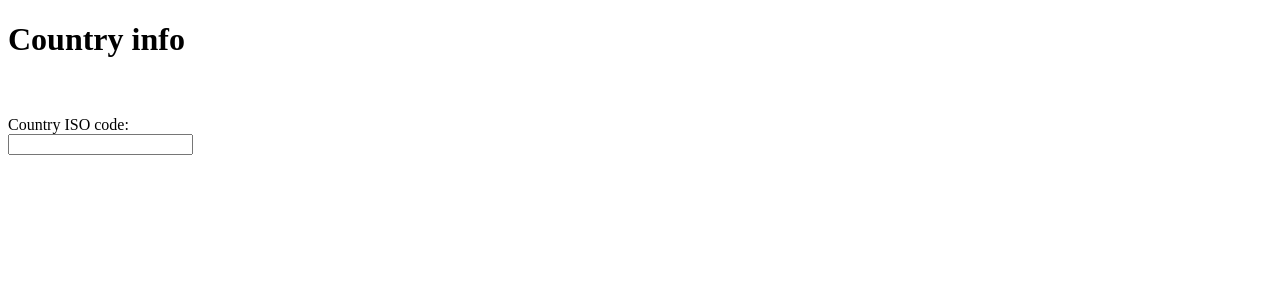
Repository: ObradovicNikola/pmf-rzk-part2
Page: http://localhost/CountryInfoWEB/
An editor plug-in stored every save of this project. The page is shown before and after a run of saves, followed by the edit.
The browser window is 1280 px wide. The pictures show the whole page.
The page is served by Tomcat 9. Other server files are loaded and not shown.

Above is the page before, as saved 2022-12-12 20:29:37.

### CountryInfoWEB/src/main/webapp/index.jsp
<%@ page language="java" contentType="text/html; charset=UTF-8"
    pageEncoding="UTF-8"%>
<%@ taglib prefix = "c" uri = "http://java.sun.com/jsp/jstl/core" %>
<!DOCTYPE html>
<html>
<head>
<meta charset="UTF-8">
<title>Country info</title>
</head>
<body>

	<h1>Country info</h1>

	<br />
	<br />




	<form action="CountryInfoServlet">
		<label>Country ISO code: </label>
		<br />
		<input type="text" name="isoCode" />
		<br />
	</form>


	<br />


</body>
</html>

After the next 3 saves:
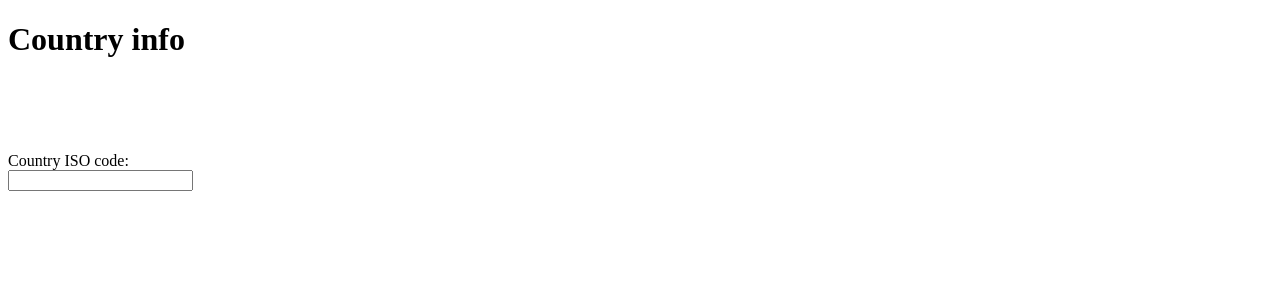
The 3 saves are shown as one change because they came seconds apart.
The last was saved 37 s later.
--- a/CountryInfoWEB/src/main/webapp/index.jsp
+++ b/CountryInfoWEB/src/main/webapp/index.jsp
@@ -13,9 +13,11 @@
 
 	<br />
 	<br />
-
-
-
+	<c:if test="${ !empty msg }">
+            ${ msg }
+    </c:if>
+	<br />
+	<br />
 
 	<form action="CountryInfoServlet">
 		<label>Country ISO code: </label>
